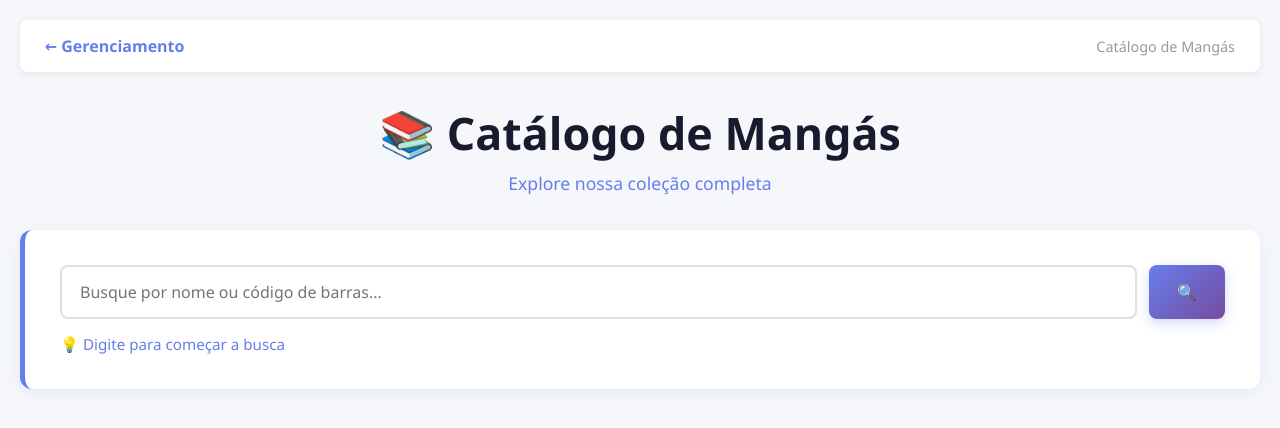
Repository: galzgames/manga
Page: buscar.html
An editor plug-in stored every save of this project. The page is shown before and after the next save, followed by the edit.
The browser window is 1280 px wide. The pictures show the whole page.

Above is the page before, as saved 2026-01-15 13:31:22.

### buscar.html
<!DOCTYPE html>
<html lang="pt-BR">
<head>
    <meta charset="UTF-8">
    <meta name="viewport" content="width=device-width, initial-scale=1.0">
    <title>Catálogo de Mangás</title>
    <style>
        * {
            margin: 0;
            padding: 0;
            box-sizing: border-box;
        }

        body {
            font-family: 'Segoe UI', Tahoma, Geneva, Verdana, sans-serif;
            background: #f5f7fa;
            min-height: 100vh;
            padding: 20px;
        }

        .container {
            max-width: 1400px;
            margin: 0 auto;
        }

        .nav-bar {
            background: white;
            padding: 15px 25px;
            border-radius: 8px;
            margin-bottom: 30px;
            box-shadow: 0 2px 8px rgba(0,0,0,0.08);
            display: flex;
            justify-content: space-between;
            align-items: center;
        }

        .back-link {
            color: #667eea;
            text-decoration: none;
            display: flex;
            align-items: center;
            gap: 8px;
            font-weight: 600;
            transition: color 0.3s, gap 0.3s;
        }

        .back-link:hover {
            color: #764ba2;
            gap: 12px;
        }

        .header {
            text-align: center;
            margin-bottom: 35px;
        }

        .header h1 {
            font-size: 2.8em;
            color: #1a1a2e;
            margin-bottom: 8px;
            font-weight: 700;
        }

        .header p {
            font-size: 1.1em;
            color: #667eea;
            font-weight: 500;
        }

        .search-section {
            background: white;
            border-radius: 12px;
            box-shadow: 0 4px 15px rgba(102, 126, 234, 0.1);
            padding: 35px;
            margin-bottom: 35px;
            border-left: 5px solid #667eea;
        }

        .search-group {
            display: flex;
            gap: 12px;
            margin-bottom: 15px;
        }

        .search-group input {
            flex: 1;
            padding: 14px 18px;
            border: 2px solid #e0e0e0;
            border-radius: 8px;
            font-size: 1em;
            transition: all 0.3s;
            font-family: 'Segoe UI', sans-serif;
        }

        .search-group input:focus {
            outline: none;
            border-color: #667eea;
            box-shadow: 0 0 12px rgba(102, 126, 234, 0.25);
            background: #fafbff;
        }

        .search-group button {
            padding: 14px 28px;
            background: linear-gradient(135deg, #667eea 0%, #764ba2 100%);
            color: white;
            border: none;
            border-radius: 8px;
            font-weight: 600;
            font-size: 1em;
            cursor: pointer;
            transition: all 0.3s;
            box-shadow: 0 4px 12px rgba(102, 126, 234, 0.3);
        }

        .search-group button:hover {
            transform: translateY(-2px);
            box-shadow: 0 6px 18px rgba(102, 126, 234, 0.4);
        }

        .search-group button:active {
            transform: translateY(0);
        }

        .search-info {
            color: #667eea;
            font-size: 0.95em;
            font-weight: 500;
            display: flex;
            align-items: center;
            gap: 8px;
        }

        .results-container {
            display: grid;
            grid-template-columns: repeat(auto-fill, minmax(200px, 1fr));
            gap: 25px;
            margin-bottom: 30px;
        }

        .manga-card {
            background: white;
            border-radius: 12px;
            overflow: hidden;
            box-shadow: 0 2px 8px rgba(0,0,0,0.08);
            transition: all 0.3s cubic-bezier(0.4, 0, 0.2, 1);
            display: flex;
            flex-direction: column;
            border: 1px solid #f0f0f0;
        }

        .manga-card:hover {
            transform: translateY(-8px) scale(1.02);
            box-shadow: 0 12px 24px rgba(102, 126, 234, 0.15);
            border-color: #667eea;
        }

        .manga-cover {
            width: 100%;
            aspect-ratio: 3/4;
            background: linear-gradient(135deg, #667eea 0%, #764ba2 100%);
            display: flex;
            align-items: center;
            justify-content: center;
            color: white;
            font-size: 3.5em;
            overflow: hidden;
            position: relative;
            border-bottom: 3px solid #f0f0f0;
        }

        .manga-cover img {
            width: 40%;
            height: auto;
            object-fit: contain;
            object-position: center;
            padding: 8px;
            background: white;
        }

        .manga-info {
            padding: 18px;
            flex-grow: 1;
            display: flex;
            flex-direction: column;
            gap: 10px;
        }

        .manga-name {
            font-size: 1.05em;
            font-weight: 700;
            color: #1a1a2e;
            line-height: 1.35;
            min-height: 2.7em;
        }

        .manga-details {
            color: #555;
            font-size: 0.9em;
            display: flex;
            align-items: center;
            gap: 8px;
            line-height: 1.3;
        }

        .manga-code {
            color: #999;
            font-size: 0.82em;
            font-family: 'Courier New', monospace;
            padding: 8px;
            background: #f9f9f9;
            border-radius: 5px;
            word-break: break-all;
        }

        .manga-location {
            background: linear-gradient(135deg, #667eea 0%, #764ba2 100%);
            color: white;
            padding: 12px;
            border-radius: 8px;
            font-weight: 600;
            text-align: center;
            margin-top: auto;
            font-size: 0.95em;
            box-shadow: 0 2px 8px rgba(102, 126, 234, 0.2);
        }

        .no-location {
            background: linear-gradient(135deg, #e0e0e0 0%, #d0d0d0 100%);
            color: #666;
        }

        .empty-state {
            text-align: center;
            color: #999;
            padding: 80px 40px;
            background: white;
            border-radius: 12px;
            box-shadow: 0 2px 8px rgba(0,0,0,0.08);
            grid-column: 1 / -1;
        }

        .empty-state h2 {
            color: #667eea;
            margin-bottom: 12px;
            font-size: 1.6em;
        }

        .empty-state p {
            font-size: 1.05em;
            margin-bottom: 15px;
        }

        .empty-icon {
            font-size: 5em;
            margin-bottom: 20px;
            opacity: 0.6;
        }

        .filter-section {
            background: white;
            padding: 20px 25px;
            border-radius: 8px;
            margin-bottom: 25px;
            box-shadow: 0 2px 8px rgba(0,0,0,0.08);
            display: flex;
            align-items: center;
            justify-content: space-between;
            flex-wrap: wrap;
            gap: 15px;
        }

        .filter-info {
            color: #667eea;
            font-weight: 600;
            font-size: 1em;
        }

        .clear-search {
            background: none;
            border: 2px solid #e0e0e0;
            color: #667eea;
            padding: 8px 16px;
            border-radius: 6px;
            cursor: pointer;
            font-weight: 600;
            transition: all 0.3s;
        }

        .clear-search:hover {
            border-color: #667eea;
            background: #f5f7fa;
        }

        @media (max-width: 768px) {
            .header h1 {
                font-size: 2em;
            }

            .search-group {
                flex-direction: column;
            }

            .search-group button {
                width: 100%;
            }

            .results-container {
                grid-template-columns: repeat(auto-fill, minmax(160px, 1fr));
                gap: 18px;
            }

            .nav-bar {
                flex-direction: column;
                gap: 12px;
            }

            .filter-section {
                flex-direction: column;
                text-align: center;
            }
        }

        @media (max-width: 480px) {
            .results-container {
                grid-template-columns: repeat(2, 1fr);
            }
        }
    </style>
</head>
<body>
    <div class="container">
        <div class="nav-bar">
            <a href="index.html" class="back-link">← Gerenciamento</a>
            <span style="color: #999; font-size: 0.9em;">Catálogo de Mangás</span>
        </div>

        <div class="header">
            <h1>📚 Catálogo de Mangás</h1>
            <p>Explore nossa coleção completa</p>
        </div>

        <div class="search-section">
            <div class="search-group">
                <input
                    type="text"
                    id="search-input"
                    placeholder="Busque por nome ou código de barras..."
                    autocomplete="off"
                >
                <button onclick="buscarManga()">🔍</button>
            </div>
            <div class="search-info" id="search-info">💡 Digite para começar a busca</div>
        </div>

        <div id="filter-section"></div>
        <div id="results-container"></div>
    </div>

    <script>
        let todosMangos = [];

        // Initialize
        document.addEventListener('DOMContentLoaded', () => {
            carregarMangos();

            document.getElementById('search-input').addEventListener('keypress', (e) => {
                if (e.key === 'Enter') {
                    buscarManga();
                }
            });

            document.getElementById('search-input').addEventListener('input', () => {
                const query = document.getElementById('search-input').value.trim();
                if (query.length >= 1) {
                    buscarManga();
                } else if (query.length === 0) {
                    document.getElementById('results-container').innerHTML = '';
                    document.getElementById('filter-section').innerHTML = '';
                    document.getElementById('search-info').innerHTML = '💡 Digite para começar a busca';
                }
            });
        });

        function carregarMangos() {
            const stored = localStorage.getItem('mangas');
            todosMangos = stored ? JSON.parse(stored) : [];
        }

        function buscarManga() {
            const query = document.getElementById('search-input').value.trim().toLowerCase();
            const container = document.getElementById('results-container');
            const filterSection = document.getElementById('filter-section');
            const infoDiv = document.getElementById('search-info');

            if (!query) {
                container.innerHTML = '';
                filterSection.innerHTML = '';
                infoDiv.innerHTML = '💡 Digite para começar a busca';
                return;
            }

            const resultados = todosMangos.filter(manga => {
                const nomeMatch = manga.nome.toLowerCase().includes(query);
                const codigoMatch = manga.codigo.toLowerCase().includes(query);
                return nomeMatch || codigoMatch;
            });

            if (resultados.length === 0) {
                container.innerHTML = `
                    <div class="empty-state">
                        <div class="empty-icon">📭</div>
                        <h2>Nenhum mangá encontrado</h2>
                        <p>Tente outra busca</p>
                    </div>
                `;
                filterSection.innerHTML = '';
                infoDiv.innerHTML = `❌ Nenhum resultado para "${escapeHtml(query)}"`;
                return;
            }

            // Mostrar filtros
            filterSection.innerHTML = `
                <div class="filter-section">
                    <span class="filter-info">✅ ${resultados.length} resultado${resultados.length !== 1 ? 's' : ''} encontrado${resultados.length !== 1 ? 's' : ''}</span>
                    <button class="clear-search" onclick="limparBusca()">Limpar busca</button>
                </div>
            `;

            infoDiv.innerHTML = `✨ Mostrando ${resultados.length} resultado${resultados.length !== 1 ? 's' : ''}`;

            container.innerHTML = resultados.map(manga => `
                <div class="manga-card">
                    <div class="manga-cover">
                        ${manga.capa ? `<img src="${escapeHtml(manga.capa)}" alt="${escapeHtml(manga.nome)}">` : '📚'}
                    </div>
                    <div class="manga-info">
                        <div class="manga-name">${escapeHtml(manga.nome)}</div>

                        ${manga.autor ? `<div class="manga-details">✍️ ${escapeHtml(manga.autor)}</div>` : ''}

                        ${manga.volume ? `<div class="manga-details">📖 Vol. ${escapeHtml(manga.volume)}</div>` : ''}

                        <div class="manga-code">📦 ${escapeHtml(manga.codigo)}</div>

                        ${manga.localizacao ? `
                            <div class="manga-location">
                                📍 ${escapeHtml(manga.localizacao)}
                            </div>
                        ` : `
                            <div class="manga-location no-location">
                                Localização indisponível
                            </div>
                        `}
                    </div>
                </div>
            `).join('');
        }

        function limparBusca() {
            document.getElementById('search-input').value = '';
            document.getElementById('search-input').focus();
            document.getElementById('results-container').innerHTML = '';
            document.getElementById('filter-section').innerHTML = '';
            document.getElementById('search-info').innerHTML = '💡 Digite para começar a busca';
        }

        function escapeHtml(text) {
            const div = document.createElement('div');
            div.textContent = text;
            return div.innerHTML;
        }
    </script>
</body>
</html>

After the next save:
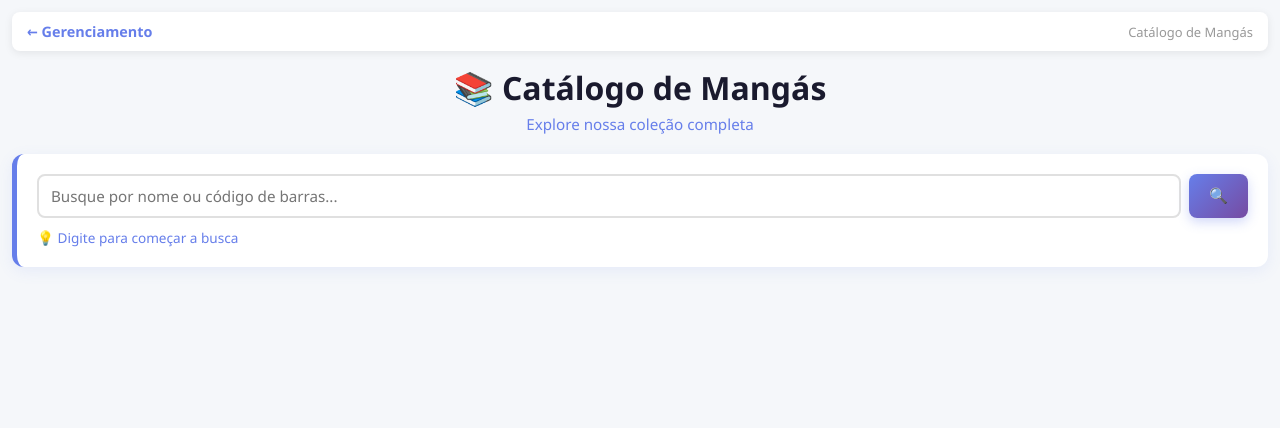
Saved 88 s later.
--- a/buscar.html
+++ b/buscar.html
@@ -15,7 +15,7 @@
             font-family: 'Segoe UI', Tahoma, Geneva, Verdana, sans-serif;
             background: #f5f7fa;
             min-height: 100vh;
-            padding: 20px;
+            padding: 12px;
         }
 
         .container {
@@ -25,13 +25,14 @@
 
         .nav-bar {
             background: white;
-            padding: 15px 25px;
+            padding: 10px 15px;
             border-radius: 8px;
-            margin-bottom: 30px;
+            margin-bottom: 15px;
             box-shadow: 0 2px 8px rgba(0,0,0,0.08);
             display: flex;
             justify-content: space-between;
             align-items: center;
+            font-size: 0.9em;
         }
 
         .back-link {
@@ -51,18 +52,18 @@
 
         .header {
             text-align: center;
-            margin-bottom: 35px;
+            margin-bottom: 20px;
         }
 
         .header h1 {
-            font-size: 2.8em;
+            font-size: 2em;
             color: #1a1a2e;
-            margin-bottom: 8px;
+            margin-bottom: 5px;
             font-weight: 700;
         }
 
         .header p {
-            font-size: 1.1em;
+            font-size: 0.95em;
             color: #667eea;
             font-weight: 500;
         }
@@ -71,23 +72,23 @@
             background: white;
             border-radius: 12px;
             box-shadow: 0 4px 15px rgba(102, 126, 234, 0.1);
-            padding: 35px;
-            margin-bottom: 35px;
+            padding: 20px;
+            margin-bottom: 20px;
             border-left: 5px solid #667eea;
         }
 
         .search-group {
             display: flex;
-            gap: 12px;
-            margin-bottom: 15px;
+            gap: 8px;
+            margin-bottom: 10px;
         }
 
         .search-group input {
             flex: 1;
-            padding: 14px 18px;
+            padding: 10px 12px;
             border: 2px solid #e0e0e0;
             border-radius: 8px;
-            font-size: 1em;
+            font-size: 0.95em;
             transition: all 0.3s;
             font-family: 'Segoe UI', sans-serif;
         }
@@ -100,13 +101,13 @@
         }
 
         .search-group button {
-            padding: 14px 28px;
+            padding: 10px 20px;
             background: linear-gradient(135deg, #667eea 0%, #764ba2 100%);
             color: white;
             border: none;
             border-radius: 8px;
             font-weight: 600;
-            font-size: 1em;
+            font-size: 0.95em;
             cursor: pointer;
             transition: all 0.3s;
             box-shadow: 0 4px 12px rgba(102, 126, 234, 0.3);
@@ -123,18 +124,18 @@
 
         .search-info {
             color: #667eea;
-            font-size: 0.95em;
+            font-size: 0.85em;
             font-weight: 500;
             display: flex;
             align-items: center;
-            gap: 8px;
+            gap: 6px;
         }
 
         .results-container {
             display: grid;
-            grid-template-columns: repeat(auto-fill, minmax(200px, 1fr));
-            gap: 25px;
-            margin-bottom: 30px;
+            grid-template-columns: repeat(auto-fill, minmax(180px, 1fr));
+            gap: 15px;
+            margin-bottom: 20px;
         }
 
         .manga-card {
@@ -178,49 +179,49 @@
         }
 
         .manga-info {
-            padding: 18px;
+            padding: 12px;
             flex-grow: 1;
             display: flex;
             flex-direction: column;
-            gap: 10px;
+            gap: 6px;
         }
 
         .manga-name {
-            font-size: 1.05em;
+            font-size: 0.95em;
             font-weight: 700;
             color: #1a1a2e;
-            line-height: 1.35;
-            min-height: 2.7em;
+            line-height: 1.3;
+            min-height: auto;
         }
 
         .manga-details {
             color: #555;
-            font-size: 0.9em;
-            display: flex;
-            align-items: center;
-            gap: 8px;
-            line-height: 1.3;
+            font-size: 0.85em;
+            display: flex;
+            align-items: center;
+            gap: 6px;
+            line-height: 1.2;
         }
 
         .manga-code {
             color: #999;
-            font-size: 0.82em;
+            font-size: 0.75em;
             font-family: 'Courier New', monospace;
-            padding: 8px;
+            padding: 6px;
             background: #f9f9f9;
-            border-radius: 5px;
+            border-radius: 4px;
             word-break: break-all;
         }
 
         .manga-location {
             background: linear-gradient(135deg, #667eea 0%, #764ba2 100%);
             color: white;
-            padding: 12px;
-            border-radius: 8px;
+            padding: 8px;
+            border-radius: 6px;
             font-weight: 600;
             text-align: center;
             margin-top: auto;
-            font-size: 0.95em;
+            font-size: 0.85em;
             box-shadow: 0 2px 8px rgba(102, 126, 234, 0.2);
         }
 
@@ -258,31 +259,32 @@
 
         .filter-section {
             background: white;
-            padding: 20px 25px;
+            padding: 12px 15px;
             border-radius: 8px;
-            margin-bottom: 25px;
+            margin-bottom: 15px;
             box-shadow: 0 2px 8px rgba(0,0,0,0.08);
             display: flex;
             align-items: center;
             justify-content: space-between;
             flex-wrap: wrap;
-            gap: 15px;
+            gap: 10px;
         }
 
         .filter-info {
             color: #667eea;
             font-weight: 600;
-            font-size: 1em;
+            font-size: 0.9em;
         }
 
         .clear-search {
             background: none;
             border: 2px solid #e0e0e0;
             color: #667eea;
-            padding: 8px 16px;
+            padding: 6px 12px;
             border-radius: 6px;
             cursor: pointer;
             font-weight: 600;
+            font-size: 0.85em;
             transition: all 0.3s;
         }
 
